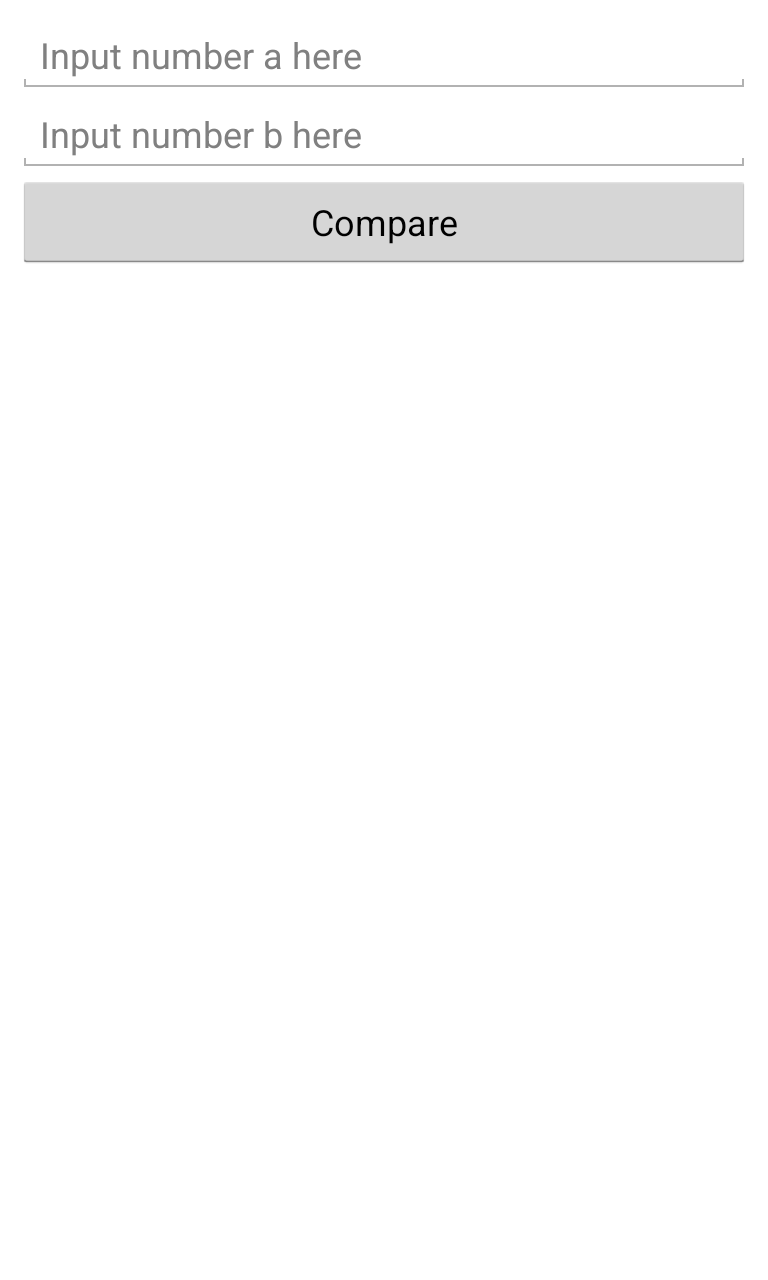
Repository: LightWay152/Lesson2_If_Switch
Layout: Min2Number/res/layout/activity_main.xml
An editor plug-in stored every save of this project. The layout is shown before and after the next save, followed by the edit.
It is drawn on a 768 x 1280 px phone screen (xhdpi) without system bars, with theme AppTheme; the app's code is not run.

Above is the layout before, as saved 2017-01-01 13:43:04.

After the next save:
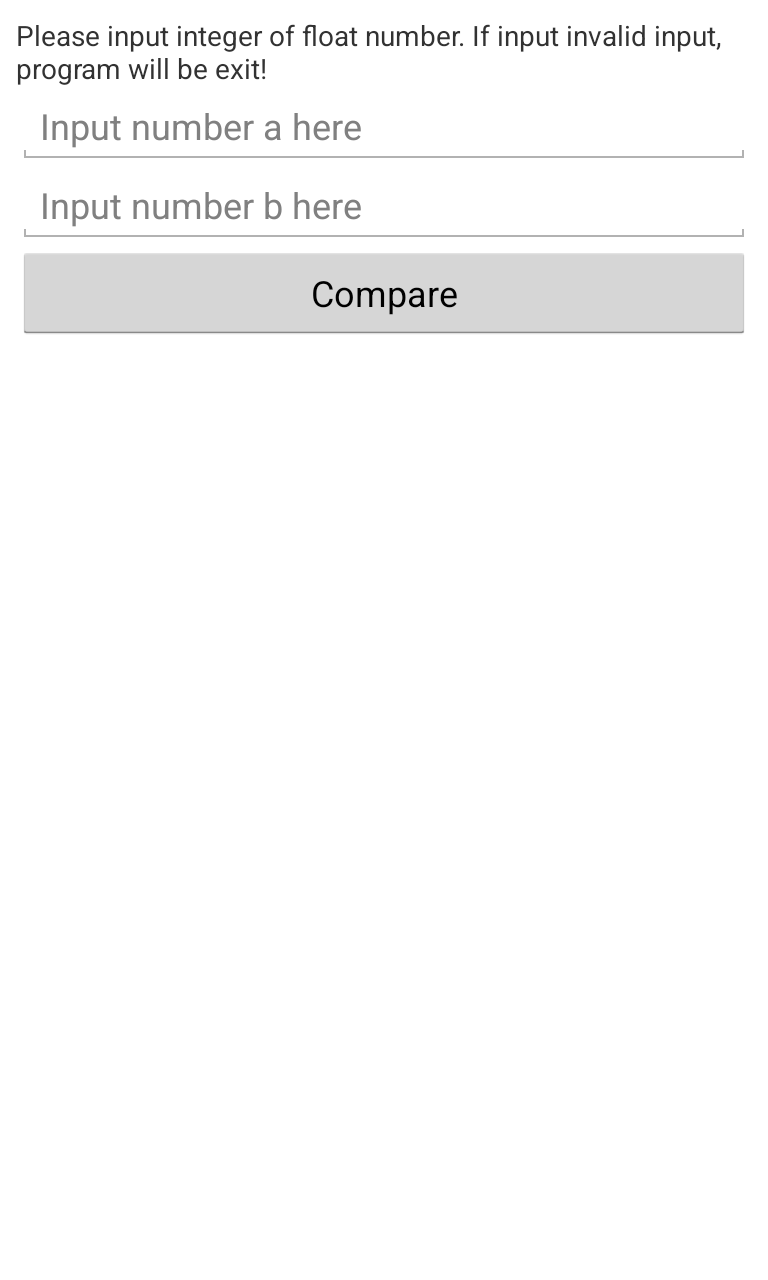
Saved 9 s later.
--- a/Min2Number/res/layout/activity_main.xml
+++ b/Min2Number/res/layout/activity_main.xml
@@ -6,6 +6,10 @@
     android:padding="8dp"
     tools:context="${relativePackage}.${activityClass}" >
 
+    <TextView
+        android:layout_width="match_parent"
+        android:layout_height="wrap_content"
+        android:text="@string/input_note"/>
     <EditText
         android:id="@+id/edtNumberA"
         android:layout_width="match_parent"
